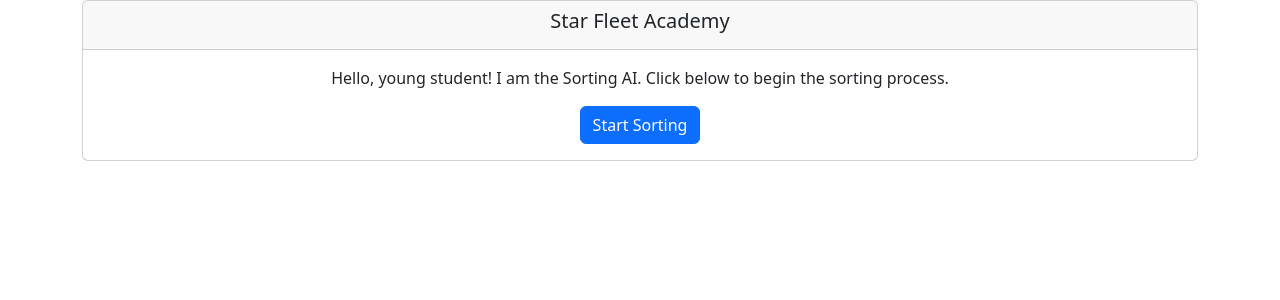
Repository: PaulPatterson48/ASSIGNMENT-StarFleet_academy
Page: index.html
The author's editor kept a copy of each file at every save. The page is drawn from the files as they stood at one save, then again after the next save.
The browser window is 1280 px wide. The pictures show the whole page.

Above is the page before, as saved 2023-08-05 02:00:49.

### index.html
<!DOCTYPE html>
<html lang="en">
<head>
  <meta charset="UTF-8">
  <meta name="viewport" content="width=device-width, initial-scale=1.0">
  <title>Document</title>
  <link href="https://cdn.jsdelivr.net/npm/bootstrap@5.3.0/dist/css/bootstrap.min.css" rel="stylesheet" integrity="sha384-9ndCyUaIbzAi2FUVXJi0CjmCapSmO7SnpJef0486qhLnuZ2cdeRhO02iuK6FUUVM" crossorigin="anonymous">
  <link rel="stylesheet" href="main.css">
</head>
<body>
  <div class="container">
    <div id="sortingCadetCard" class="card text-center">
      <div class="card-header">
        <h5>Star Fleet Academy</h5>
      </div>
      <div class="card-body">
        <p>Hello, young student! I am the Sorting AI. Click below to begin the sorting process.</p>
        <button id="startSortingBtn" class="btn btn-primary">Start Sorting</button>
      </div>
    </div>

    <div id="sortingForm" class="card text-center d-none">
      <div class="card-header">
        <h5>Student Sorting</h5>
      </div>
      <div class="card-body">
        <form id="studentForm">
          <div class="form-group">
            <label for="studentName">Student Name:</label>
            <input type="text" class="form-control" id="studentName" required>
          </div>
          <!-- <button id="enterpriseBtn" type="submit" class="btn btn-primary">Enterprise</button>
          <button id="voyagerBtn" type="submit" class="btn btn-primary">Voyager</button> -->
          <button id="sortStudentBtn" type="submit" class="btn btn-primary">Sort</button>
        </form>
      </div>
    </div>

    <div id="sortedStudents" class="mt-4"></div>
    <script src="https://cdn.jsdelivr.net/npm/bootstrap@5.1.3/dist/js/bootstrap.bundle.min.js" integrity="sha384-ka7Sk0Gln4gmtz2MlQnikT1wXgYsOg+OMhuP+IlRH9sENBO0LRn5q+8nbTov4+1p" crossorigin="anonymous"></script>
    <script src="main.js"></script>
  </div>

</body>
</html>

### main.js
const starship = [
  {
    id:1,
    title: "enterprise",
    imageUrl: "./image/EnterpriseA.png",
    shipClass: "Constitution-class",
    message:"Congrats, you're on the Enterprise!",
    cadet: "",
    onboard: true
  },
  {
    id: 2,
    title:"voyager",
    imageUrl: "./image/Voyager.png",
    shipClass: "Intrepid-class",
    message:"Congrats, you're on the Voyager" ,
    cadet: "",
    onboard: true
  },
  {
    id: 3,
    title: "excalibur",
    imageUrl: "./image/USSExcalibur.png",
    shipClass: "Ambassador-class",
    message:"Congrats, you're Excalibur"  ,
    cadet: "",
    onboard: true
  },
  {
    id: 4,
    title: "excelsior",
    imageUrl: "./image/USSExcelsior.png",
    shipClass: "Excelsior-class",
    message:"Congrats, you're on Excelsior!" ,
    cadet: "",
    onboard: true
  },
  {
    id:5,
    title: "birdofprey",
    imageUrl: "./image/KlingonBirdOfPrey.png",
    shipClass: "B'rel-class",
    message:"Today is a good day to die",
    cadet: "",
    onboard: false
  }
];
//Array to store sorted students
const students = [];

//Function to shuffle the ships
// const shuffleShips = (e) => {
//   if(e.target.id.includes()){
//     const[,id] = e.target.id.split('--')
//     const index = starship.findIndex(i => i.id === Number(id))
//     starship[index].onboard = !starship[index].onboard
//     return starship.sort(() => Math.random() * starship.length);
//   }
// }

function shuffleShip() {
  const ships= ['Enterprise', 'Voyager', 'Excalibur', 'Excelsior'];
  return starship.sort(() => Math.random() * starship.length);
}


// Function to sort a student
function sortStudent(e) {
  e.preventDefault();
  const studentName = document.getElementById('studentName').value;
  const ships = shuffleShip();
  const randomShip= ships[0];

  // Add the student to the array of sorted students
  students.push({ name: studentName, ships: randomShip});

  // Clear the form
  document.getElementById('studentForm').reset(); //found reset on https://www.w3schools.com/jsref/met_form_reset.asp

  // Display the sorted student cards
  displaySortedStudents();
}

// Function to display sorted students
function displaySortedStudents() {
  const sortedStudentsDiv = document.getElementById('sortedStudents');
  sortedStudentsDiv.innerHTML = '';

  students.forEach((student, index) => {
    const cardDiv = document.createElement('div');
    cardDiv.classList.add('card', 'text-center', 'mb-3');
    cardDiv.innerHTML = `
      <div class="card-body">
        <h5 class="card-title">${student.name}</h5>
        <p class="card-text">Ship: ${student.ships}</p>
        <button class="btn btn-danger" onclick="expelStudent(${index})">Expel</button>
      </div>
    `;
    sortedStudentsDiv.appendChild(cardDiv);
  });
}
//Add Modal for Ships taken from youtube player
const myBtnModal = () => {
  const domString = `
  <!-- Button trigger modal -->
  <button type="button" class="btn btn-primary" data-bs-toggle="modal" data-bs-target="#exampleModal">
    Launch demo modal
  </button>

  <!-- Modal -->
  <div class="modal fade" id="exampleModal" tabindex="-1" aria-labelledby="exampleModalLabel" aria-hidden="true">
    <div class="modal-dialog">
      <div class="modal-content">
        <div class="modal-header">
          <h1 class="modal-title fs-5" id="exampleModalLabel">Modal title</h1>
          <button type="button" class="btn-close" data-bs-dismiss="modal" aria-label="Close"></button>
        </div>
        <div class="modal-body" id="modal-body">
          <div class="form-floating mb-3">
          <select class="form-select from control-lg" id="title" aria-label="title" required>
          <option value="">Select a title</option>
          <option value=
          </select>


          </div>
        </div>
        <div class="modal-footer">
          <button type="button" class="btn btn-secondary" data-bs-dismiss="modal">Close</button>
          <button type="button" class="btn btn-primary">Save changes</button>
        </div>
      </div>
    </div>
  </div>

  `

}
//Filter Button Row
const filterButtons = () => {
  const domString = `
  <div class="d-flex flex-wrap justify-content-between mb-3">
  <button class="btn btn-secondary btn-lg buttonRow" id="all">all</button>
  <button class="btn btn-secondary btn-lg buttonRow" id="enterprise">Enterprise</button>
  <button class="btn btn-secondary btn-lg buttonRow" id="voyager">Voyager</button>
  <button class="btn btn-secondary btn-lg buttonRow" id="excalibur">Excalibur</button>
  <button class="btn btn-secondary btn-lg buttonRow" id="excelsior">Excelsior</button>
  </div>
  `;
  renderToDom('#filterContainer',domString);
};

// Function to expel a student
function expelStudent(index) {
  students.splice(index, 1);
  displaySortedStudents();
}

// Event listeners
document.getElementById('startSortingBtn').addEventListener('click', function() {
  document.getElementById('sortingCadetCard').classList.add('d-none');
  document.getElementById('sortingForm').classList.remove('d-none');
});

document.getElementById('studentForm').addEventListener('submit', sortStudent);

const startApp = () => {

};
startApp();

Loaded but not shown: main.css (no copy from this time; the picture is the same without it)

After the next save:
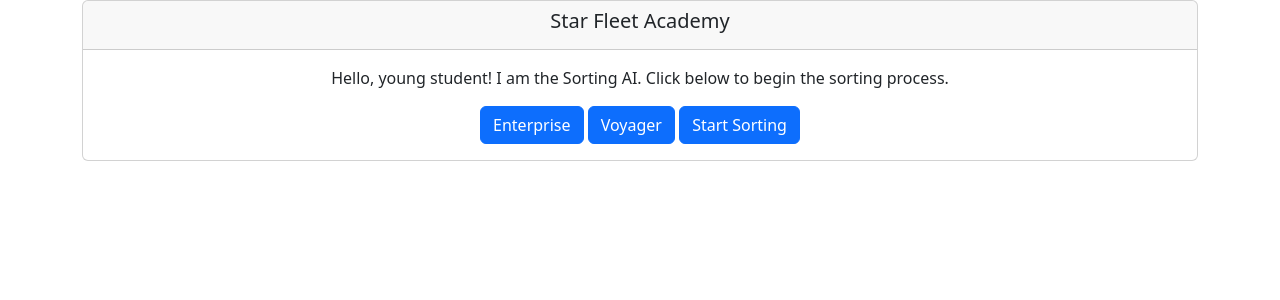
Saved 2 min 3 s later.
--- a/index.html
+++ b/index.html
@@ -15,6 +15,8 @@
       </div>
       <div class="card-body">
         <p>Hello, young student! I am the Sorting AI. Click below to begin the sorting process.</p>
+        <button id="enterpriseBtn" type="submit" class="btn btn-primary">Enterprise</button>
+        <button id="voyagerBtn" type="submit" class="btn btn-primary">Voyager</button>
         <button id="startSortingBtn" class="btn btn-primary">Start Sorting</button>
       </div>
     </div>
@@ -29,8 +31,7 @@
             <label for="studentName">Student Name:</label>
             <input type="text" class="form-control" id="studentName" required>
           </div>
-          <!-- <button id="enterpriseBtn" type="submit" class="btn btn-primary">Enterprise</button>
-          <button id="voyagerBtn" type="submit" class="btn btn-primary">Voyager</button> -->
+
           <button id="sortStudentBtn" type="submit" class="btn btn-primary">Sort</button>
         </form>
       </div>
